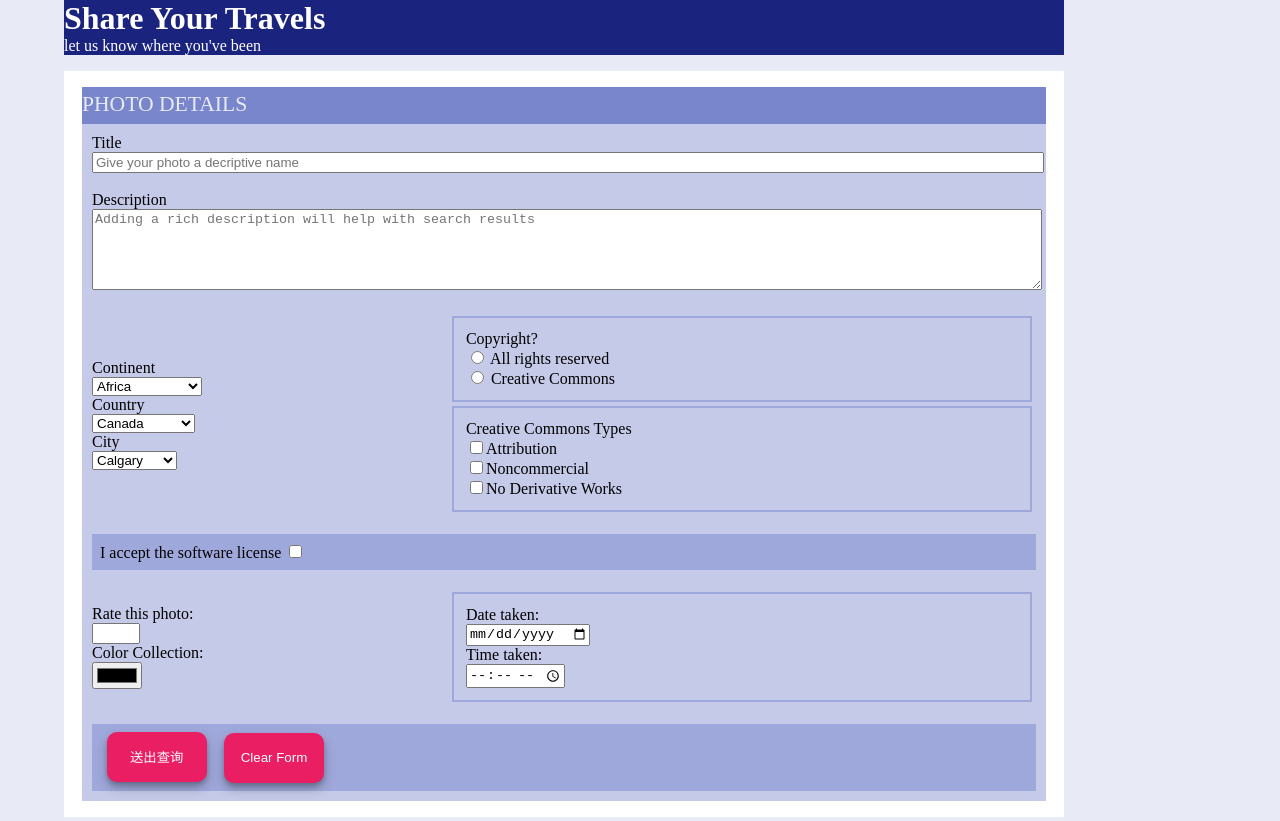
Repository: thomasTAT/UM
Page: cisc3003/CISC3003-EclipseWS-Practices-2023/CISC3003-Practice04-2023FEB17/public/cisc3003-practice04.html
These files come from the project's save history. The page is drawn as it stood at one moment and after a run of saves; the edit follows.
The browser window is 1280 px wide. The pictures show the whole page.

Above is the page before, as saved 2023-02-24 01:59:39.

### cisc3003/CISC3003-EclipseWS-Practices-2023/CISC3003-Practice04-2023FEB17/public/cisc3003-practice04.html
<!DOCTYPE html>
<html lang="en">

<head>
    <meta charset="utf-8">
    <title>CISC3003: Practice 04</title>
    <link rel="stylesheet" href="css/reset.css">
    <link rel="stylesheet" href="css/cisc3003-practice04.css">
</head>

<body>
    <header>
        <h1>Share Your Travels</h1>
        <p>let us know where you've been</p>
    </header>
    <main>
        <section>
            <h2 style="display: none">This is a form</h2>
            <form action="process.php">
                <fieldset>
                    <legend>Photo Details</legend>
                    <table>
                        <tr>
                            <td colspan="2">
                                <label for="title">Title</label>
                                <br>
                                <input type="text" name="title" id="title"
                                    placeholder="Give your photo a decriptive name">
                            </td>
                        </tr>
                        <tr>
                            <td colspan="2">
                                <label for="description"> Description </label>
                                <br>
                                <textarea id="description" name="description" rows="5" cols="61"
                                    placeholder="Adding a rich description will help with search results"></textarea>
                            </td>
                        </tr>
                        <tr>
                            <td>
                                <label for="continent">Continent</label>
                                <br>
                                <select name="continent" id="continent">
                                    <option value="africa">Africa</option>
                                    <option value="asia">Asia</option>
                                    <option value="eu">Europe</option>
                                    <option value="NA">North America</option>
                                    <option value="SA">South America</option>
                                </select>
                                <br>
                                <label for="country">Country</label>
                                <br>
                                <select name="country" id="country">
                                    <option value="canada">Canada</option>
                                    <option value="mexico">Mexico</option>
                                    <option value="united-states">United States</option>
                                </select>
                                <br>
                                <label for="city">City</label>
                                <br>
                                <select name="city" id="city">
                                    <option value="calgary">Calgary</option>
                                    <option value="montreal">Montreal</option>
                                    <option value="toronto">Toronto</option>
                                    <option value="vancouver">Vancouver</option>
                                </select>
                                <br>
                            </td>
                            <td>
                                <div class="border">
                                    <label>Copyright?</label>
                                    <br>
                                    <input type="radio" name="reserved" id="reserved" value="reserved">
                                    <label for="reserved">All rights reserved</label>
                                    <br>
                                    <input type="radio" name="commons" id="commons" value="commons">
                                    <label for="commons">Creative Commons</label>
                                    <br>
                                </div>
                                <div class="border">
                                    <label>Creative Commons Types</label>
                                    <br>
                                    <input type="checkbox" name="cc[]" value="1">Attribution
                                    <br>
                                    <input type="checkbox" name="cc[]" value="2">Noncommercial
                                    <br>
                                    <input type="checkbox" name="cc[]" value="3">No Derivative
                                    Works <br>
                                </div>
                            </td>
                        </tr>
                        <tr>
                            <td colspan="2">
                                <div class="background">
                                    I accept the software license
                                    <input type="checkbox" name="accept-license" value="1">
                                </div>
                            </td>
                        </tr>
                        <tr>
                            <td>
                                <label for="rate">Rate this photo: </label>
                                <br>
                                <input type="number" min="1" max="5" name="rate" id="rate">
                                <br>
                                <label for="color">Color Collection:</label>
                                <br>
                                <input type="color" name="color" id="color">
                                <br>
                            </td>
                            <td>
                                <div class="border">
                                    <label for="date">Date taken:</label>
                                    <br>
                                    <input type="date" name="date" id="date">
                                    <br>
                                    <label for="time">Time taken:</label>
                                    <br>
                                    <input type="time" name="time" id="time">
                                    <br>
                                </div>
                            </td>
                        </tr>
                        <tr>
                            <td colspan="2">
                                <div class="background">
                                    <input type="submit" value="送出查询" class="rounded">
                                    <input type="reset" value="Clear Form" class="rounded">
                                </div>
                            </td>
                        </tr>
                    </table>
                </fieldset>
            </form>
        </section>
    </main>
</body>

</html>

### cisc3003/CISC3003-EclipseWS-Practices-2023/CISC3003-Practice04-2023FEB17/public/css/reset.css
html, body, header, footer, hgroup, nav, main, article, section, figure, figcaption, h1, h2, h3, ul, li, body, div, p, img
{
   margin: 0;
   padding: 0;
   font-size: 100%;
   vertical-align: baseline;
   border: 0;
}

### cisc3003/CISC3003-EclipseWS-Practices-2023/CISC3003-Practice04-2023FEB17/public/css/cisc3003-practice04.css
header {
    background-color: #1a237e;
    color: white
}

main {
    background-color: white;
    margin-top: 1em;
    padding: 1em;

}

body {
    background-color: #e8eaf6;
    max-width: 1000px;
    margin: 0em 4em 0.25em 4em;
}

h1 {
    font-size: 2rem;
}

header p {
    font-size: 1rem;
}

fieldset {
    background-color: #c5cae9;
    border: none;
    padding: 0;
}

legend {
    font-size: 1.35rem;
    background-color: #7986cb;
    height: 1.7rem;
    color: #e8eaf6;
    text-transform: uppercase;
    width: 100%;
    margin: 0;
    padding: 5px 0;
}

.background {
    background-color: #9fa8da;
    padding: 0.5em;
}

table td {
    padding: 0.5em;
}

form table {
    width: 100%;
    padding: 0 !important;
}

.border {
    border: 2px solid #9fa8da;
    margin: 0.25em;
    padding: 0.75em;
}

.rounded {
    color: white;
    background-color: #e91e63;
    border: 0;
    border-radius: 10px;
    width: 100px;
    height: 50px;
    margin: 0 0.5em 0 0.5em;
    box-shadow: 0 6px 12px 0 rgba(0, 0, 0, 0.24), 0 3px 4px 0 rgba(0, 0, 0, 0.19);
}

form table input[type="text"],
form table textarea {
    width: 100%;
}

After the next 2 saves:
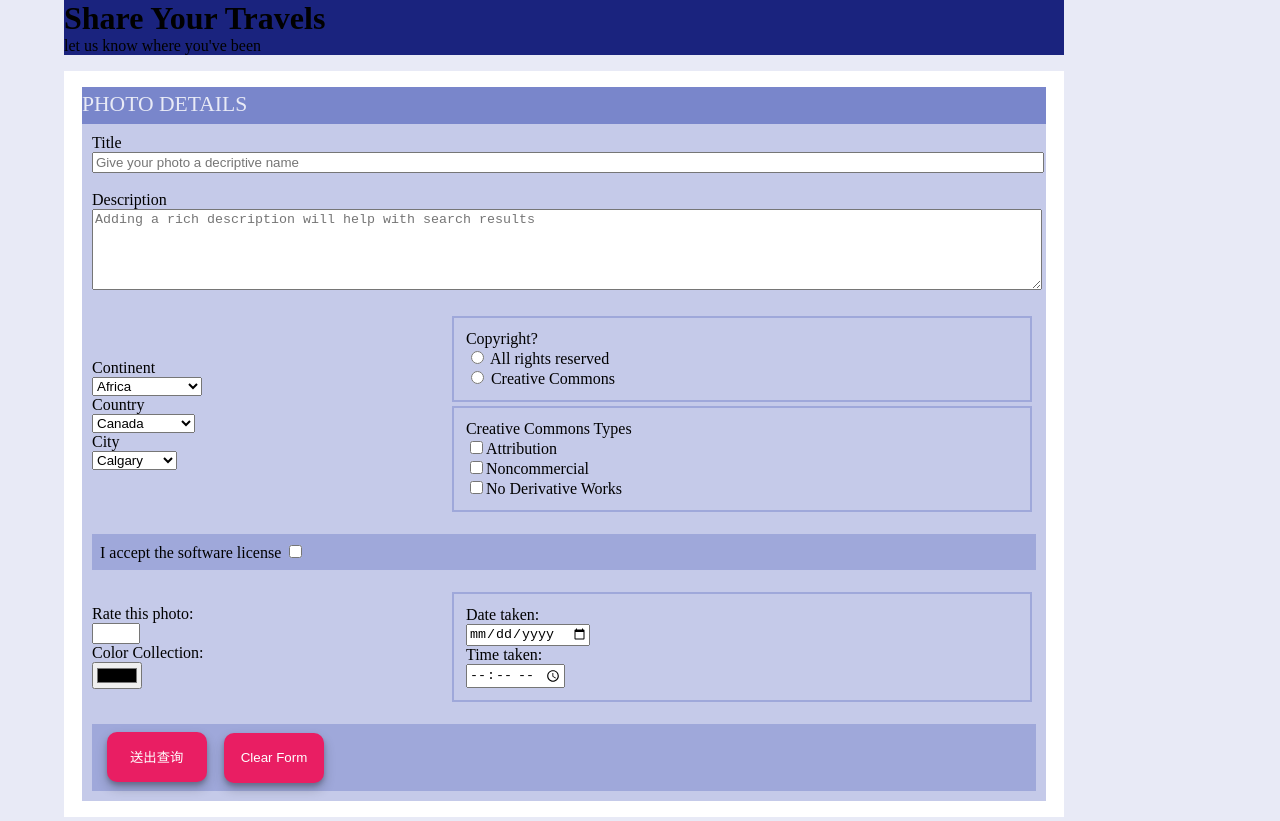
The 2 saves are shown as one change because they came seconds apart.
The last was saved 4 min 5 s later.
--- a/cisc3003/CISC3003-EclipseWS-Practices-2023/CISC3003-Practice04-2023FEB17/public/css/cisc3003-practice04.css
+++ b/cisc3003/CISC3003-EclipseWS-Practices-2023/CISC3003-Practice04-2023FEB17/public/css/cisc3003-practice04.css
@@ -1,6 +1,7 @@
 header {
     background-color: #1a237e;
     color: white
+    padding:
 }
 
 main {

After the 4 saves that followed:
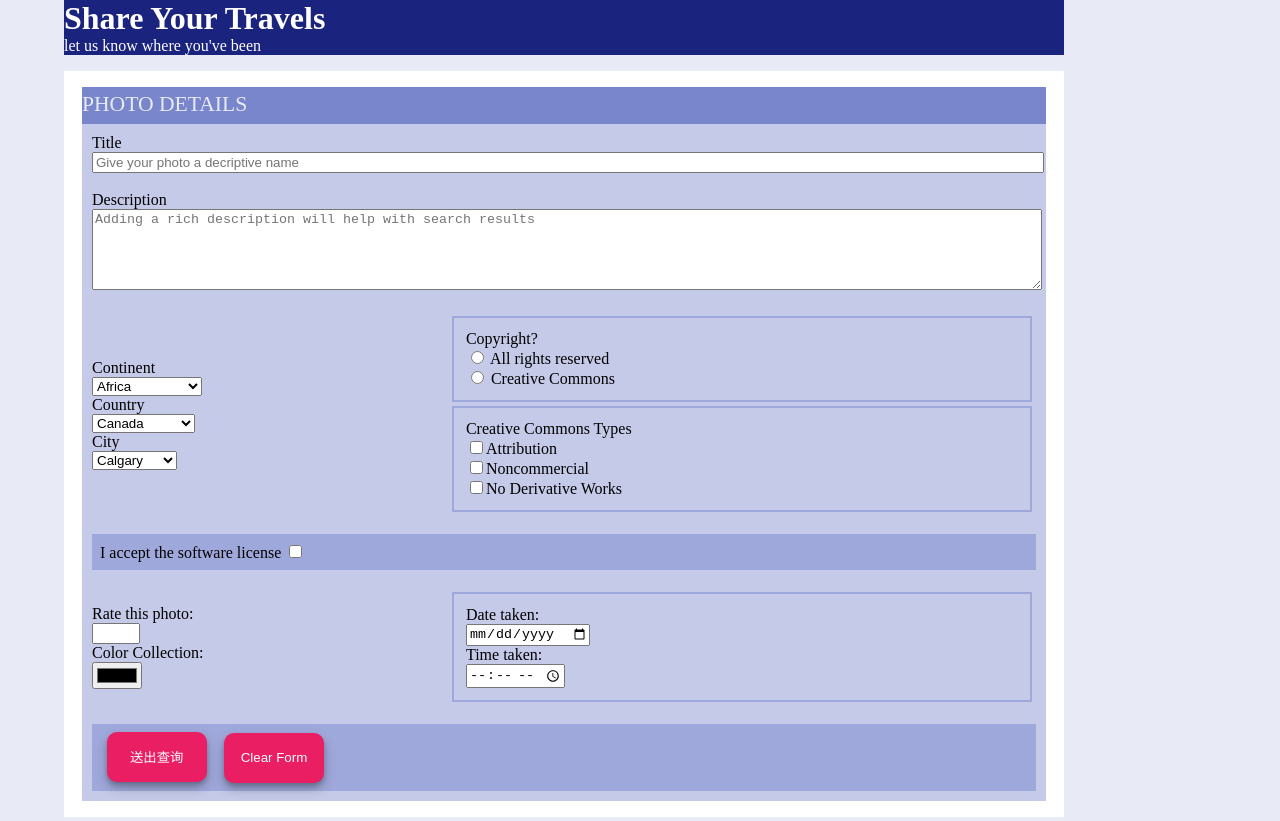
The 4 saves are shown as one change because 2 left the picture as it was and some came seconds apart.
The last was saved 42 s later.
--- a/cisc3003/CISC3003-EclipseWS-Practices-2023/CISC3003-Practice04-2023FEB17/public/css/cisc3003-practice04.css
+++ b/cisc3003/CISC3003-EclipseWS-Practices-2023/CISC3003-Practice04-2023FEB17/public/css/cisc3003-practice04.css
@@ -1,7 +1,6 @@
 header {
     background-color: #1a237e;
     color: white
-    padding:
 }
 
 main {
